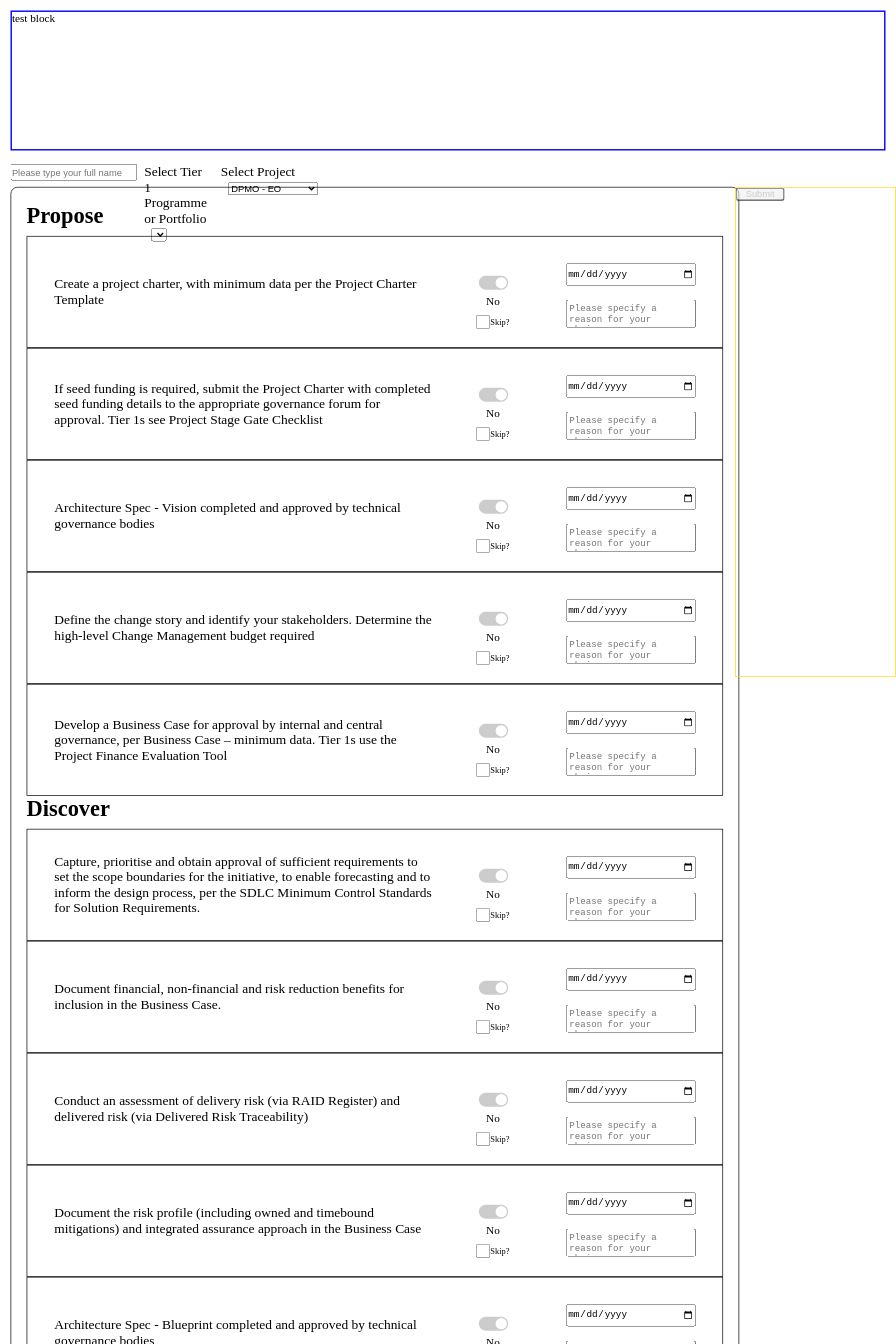
Repository: I-Alpha/JQuery-Html-form
Page: Project-form.html
These files come from the project's save history. The page is drawn as it stood at one moment and after a run of saves; the edit follows.
The browser window is 1280 px wide. The pictures show the part of the page from y = 0 to 1920 px (the page is 8699 px tall), at 70% of full size.

Above is the page before, as saved 2020-10-27 01:00:56.

### Project-form.html
<!DOCTYPE html>
<html lang="en">

<head>
    <meta charset="UTF-8">
    <meta name="viewport" content="width=device-width, initial-scale=1.0">
    <link rel="preload" type="fetch" id="Excelfile" name="Excelfile" value="QuestionData.xlsx" />
    <script src="https://ajax.googleapis.com/ajax/libs/jquery/3.5.1/jquery.min.js"></script>
    <script src="https://cdnjs.cloudflare.com/ajax/libs/xlsx/0.14.5/xlsx.full.min.js"></script>
    <script src="https://cdnjs.cloudflare.com/ajax/libs/babel-polyfill/6.26.0/polyfill.js"></script>
    <script src="https://cdnjs.cloudflare.com/ajax/libs/xlsx/0.8.0/jszip.js"></script>
    <script src="https://cdnjs.cloudflare.com/ajax/libs/xlsx/0.8.0/xlsx.js"></script>
    <script src="main.js"></script>
    <link rel="stylesheet" href="main.css" />
    </style>
    <title>Document</title>
</head>

<body style=" display:flex; flex-direction: column; padding: 15px">
    <div id="testblock" name="testblock" style="border:2px solid blue; width: 100%; min-height:200px">test block</div>


    <div id="mainwrapper" style="justify-content: center;">
        <div id="preBar" class="container">
            <div id="formControl" class="container">    <input type= "text" id= "fullname" class= "required" placeholder="Please type your full name"></input>
                <label for="selectPorfolio">Select Tier 1 Programme or Portfolio
                    <select name="selectPorfolio" id="selectPorfolio" style=" margin :0 0 0 10px; max-width:8rem;"
                        placeholder="Select Portfolio"></select></label>
                <label for="selectProject">Select Project
                    <select name="selectProject" id="selectProject" style=" margin :0 0 0 10px; max-width:8rem; "
                        placeholder="Select Portfolio"></select></label>
            </div>

        </div>
        <div id="formContainer" class="container">
            <div id="wrapper">
                <form id="form1">

                    <table class="hidden">
                        <tr>
                            <td colspan=4 class="questCol">
                                <label class="questionLabel" for="mainCheck"></label>
                            </td>
                            <td colspan=1 class="inputCol">
                                <span class="inputContainer">
                                    <span class="mainCheckContainer" style=" display:flex; flex-direction: column;">
                                        <label class="switch">
                                            <input class="mainCheck" type="checkbox" checked>
                                            <span class="slider  round"></span>
                                        </label>
                                        <p for="mainCheck" class="mainChoice" data-val="Yes">No</p>
                                    </span>
                                    <span class="skipContainer" style="left : 6px; display:flex; ">
                                        <input class="skipCheck" type="checkbox">
                                        <p class="skipChoice">Skip?</p>
                                    </span>

                                </span>
                            </td>
                            <td colspan=2 class="altCol">
                                <input type="date" min="getDate()">
                                <textarea type="text"
                                    placeholder="Please specify a reason for your choice...."></textarea>
                            </td>
                        </tr>
                    </table>

                </form>
            </div><div></div>
            <div id= "progressBar"  style ="border : 1px solid gold ; width :230px; right: 0;  position: fixed; height: 700px">
            <button style="order:1; margin:0;" class = "disabled"id="submitbtn" type="submit" form="form1" value="Submit">Submit</button>
        </div>
        </div>

    </div>

</body>

</html>

### main.css

    * {
        box-sizing: border-box;
        margin: 0;
        padding: 0;
        color: black;

    }

    html {
        width: 100%;
        height: 100%;

    }


    label{
        font-size:.9rem;
       }

    body {
        width: 100%;
        height: 100%;
        display: flex;
        position: relative;
        flex-direction: column;
    }

    .hidden{
    display:none;
    visibility: none;
    opacity: 0;
   position:absolute;
    }
    .center {

        text-align: center;
    }

    .container {
        display: flex;
        position: relative;
    }


    h1 {
        margin-bottom: 10px;
    }

    #wrapper {
        border: solid 1px black;
        border-radius: 10px;
        padding: 20px;
        margin-bottom: 10px;

    }

    #mainwrapper{
        max-width: 98%;
    }
    p {
        color: black;
        font-size: 1rem;
        height: auto;
        width: auto;
    }

 .disabled{
     opacity: 60%;
     color:darkgray;
     pointer-events: none;
 }
  form{
      width:100%;
      height : auto;
  }

    .skipContainer {
        position: relative;
        align-items: center;
        left: 0;
        display: flex;
        margin-top: 10px;
    }

    .skipCheck {
        width: 20px;
        height: 20px;

    }

    .skipChoice {font-size: 12px;}


    .skipChoice,
    .skipCheck {
        position: relative;
        left: -10px;
    }

    /* slider */
    .switch {
        position: relative;
        display: inline-block;
        width: 42px;
        height: 20px;
    }

    .switch input {
        opacity: 0;
        width: 0;
        height: 0;
    }

    .slider {
        position: absolute;
        cursor: pointer;
        top: 0;
        left: 0;
        right: 0;
        bottom: 0;
        background-color: #ccc;
        -webkit-transition: .4s;
        transition: .4s;
    }

    .slider:before {
        position: absolute;
        content: "";
        height: 16px;
        width: 16px;
        right:2px;
        bottom: 2px;
        background-color: white;
        -webkit-transition: .4s;
        transition: .4s;
    }

    .mainCheck:checked+.slider {
        background-color: #2196F3;
    }

    .mainCheck:focus+.slider {
        box-shadow: 0 0 1px #2196F3;
    }

    .mainCheck:checked+.slider:before {
        -webkit-transform: translateX(-23px);
        -ms-transform: translateX(-23px);
        transform: translateX(-23px);
    }

    /* Rounded sliders */
    .slider.round {
        border-radius: 34px;
    }

    .slider.round:before {
        border-radius: 50%;
    }

    /*end of slider section*/

    button {
        margin: 10px;
        width: 70px;
        border-radius: 4px;
    }

    td {
         display: flex;
         flex-direction: column;
    }
    td > *{
         padding : 5px 0;
    }


    tr{
        height:10rem;   border: 1px solid black;
        border-collapse: collapse;
}

tr::after{
    border: 1px solid green;
    height:1px;
    content: :" ";
    width: 100%;
    position: relative;
    display: block;
}

td.inputContainer {
    display: inline-block;
    height:100%;
}

td.inputCol{
    display:flex;
    position: relative;
    text-align: center;
    align-items:center;
    min-height:100%;

}

  .questCol textarea{

   padding:  2px  3px;
   display: block;
   position: relative;
   min-width: 95%;
}



/* iPads (portrait and landscape) ----------- */
@media only screen
and (min-device-width : 768px)
and (max-device-width : 1024px) {
/* Styles */
}

/* iPads (landscape) ----------- */
@media only screen
and (min-device-width : 768px)
and (max-device-width : 1024px)
and (orientation : landscape) {
/* Styles */
}

/* iPads (portrait) ----------- */
@media only screen
and (min-device-width : 768px)
and (max-device-width : 1024px)
and (orientation : portrait) {
/* Styles */
}

/* Desktops and laptops ----------- */
@media only screen
and (min-width : 1224px) {
/* Styles */

 label {
     font-size: 1.2rem;
 }

#wrapper{
     min-width: 85%;
     height:auto;
    }

    .inputContainer{

        position: relative;
        top:15px;
     }

    td.inputCol{
        position: absolute;
        vertical-align: middle;


    }

    td {
        position: relative;
        justify-content: center;
        padding:10px 15px;}

    .questCol{
        position: relative;
        padding-right: 5px;
        max-width:35rem;
    }

    td.altCol{
        position: relative;
        height: 100%;
    }
     textarea{
        resize: none;
        display: block;
        font-size: 13px;
        text-align: start;
        align-content: flex-start;
         width:100%;
         top:10px;
         position: relative;
         margin-top:10px;
         padding: 4px 4px;
         align-items: flex-start;
    }

     td.altCol input {
         width:100%;
     }

    tr{
        display: flex;
        flex-direction: row;
        border: 1px solid black;
        border-collapse: collapse;
        justify-content: space-around;

    }


  #preBar{
   display: grid;
   flex-direction: row;
   grid-template-columns: 22rem  4rem;

  grid-column: 2;
   margin : 10px 0;
  }


  #preBar div{
 display: flex;
 height:2rem;

  }

  #radioBtnBox label{
    margin: 0 20px;
  }

  #radioBtnBox label input{
    margin: 0 10px;
  }
  #radioBtnBox{
    margin-left:90px;
    border:1px solid black;
    padding: 10px 0;
}

#formControl select{

    margin: 0px 10px 0  0;
}
#formControl label{
   margin:10px;
    align-items:center;

}

 #fullname{
     position: relative;
     max-height:1.5rem;
     bottom:-9.2px;
     width: 32rem;

    }

#form1 {


    position: relative;
display: flex;
flex-direction: column;
}

table{
    width:100%;
}


.mainChoice {
    display: flex;
    margin-top: 8px;
    left:10px;
    position: relative;
}

#formContainer{


}

td.inputContainer {
    display: inline-block;
    height:100%;
}

td.inputCol{
    display:flex;
    position: relative;
    vertical-align: middle;
    text-align: center;
    align-items:center;
    min-height:100%;

}
}

/* Large screens ----------- */
@media only screen
and (min-width : 1824px) {
/* Styles */
}

/* iPhone 4 ----------- */
@media
only screen and (-webkit-min-device-pixel-ratio : 1.5),
only screen and (min-device-pixel-ratio : 1.5) {
/* Styles */
}

Loaded but not shown: main.js (514 lines, source omitted)

After the next 2 saves:
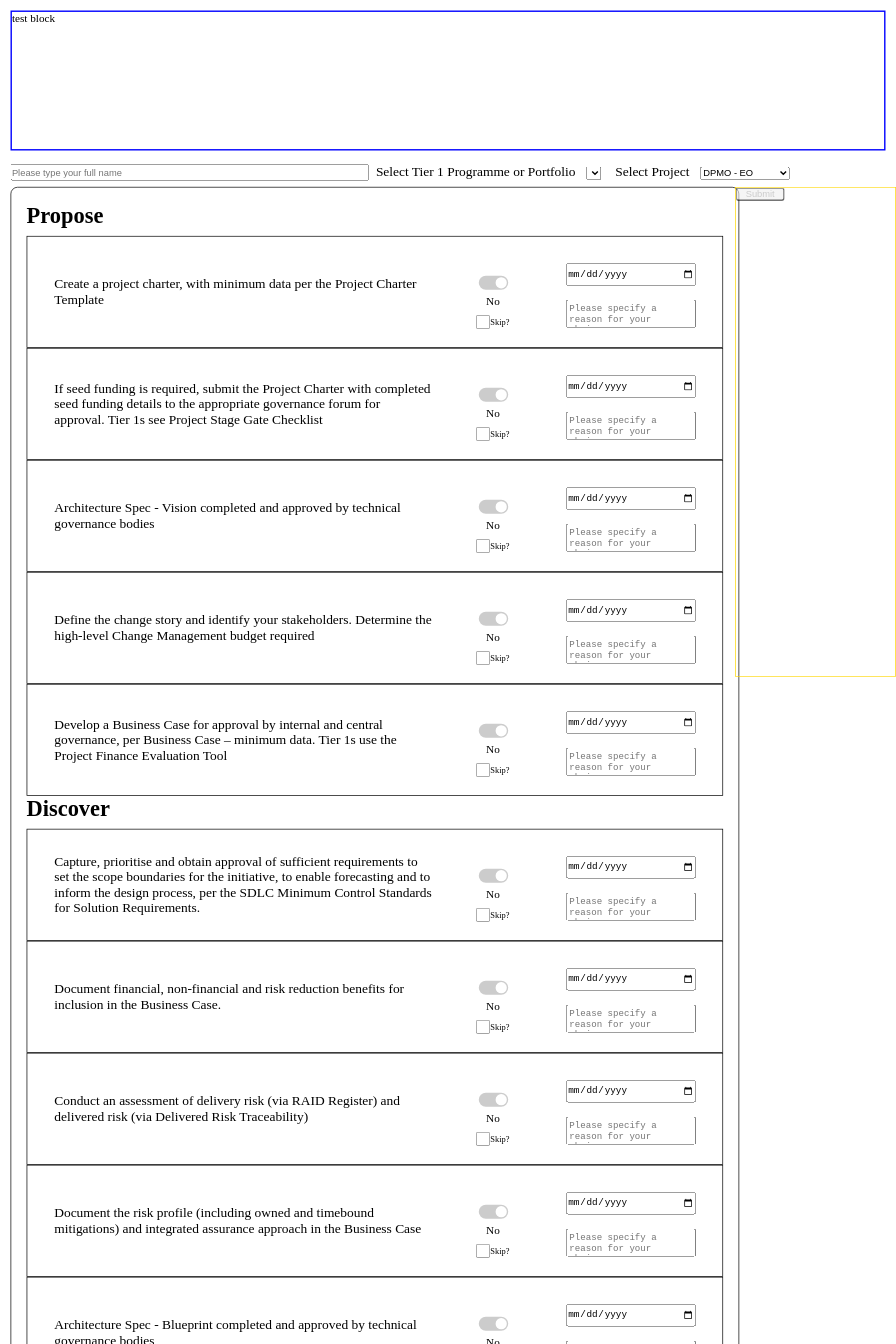
The 2 saves are shown as one change because they came seconds apart.
The last was saved 6 s later.
--- a/main.css
+++ b/main.css
@@ -310,7 +310,6 @@ and (min-width : 1224px) {
   #preBar{
    display: grid;
    flex-direction: row;
-   grid-template-columns: 22rem  4rem;
 
   grid-column: 2;
    margin : 10px 0;
